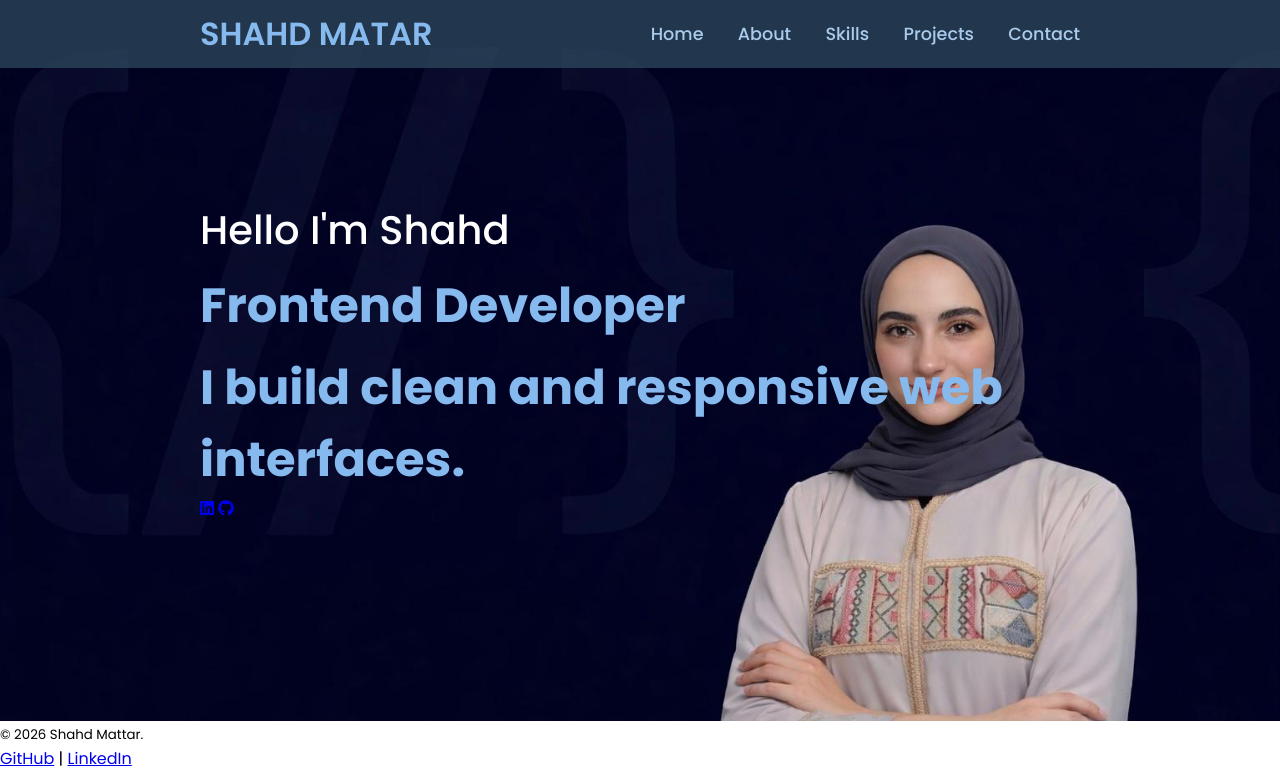
Repository: shahdmattar/personal-landing-page
Page: index.html
These files come from the project's save history. The page is drawn as it stood at one moment and after a run of saves; the edit follows.
The browser window is 1280 px wide. The pictures show the whole page.
Backgrounds fixed to the window are drawn as part of the page.

Above is the page before, as saved 2026-04-15 11:42:52.

### index.html
<!doctype html>
<html lang="en">
  <head>
    <meta charset="UTF-8" />
    <meta name="viewport" content="width=device-width, initial-scale=1.0" />
    <title>Shahd Matar | Personal Landing Page</title>
    <meta
      name="description"
      content="Personal landing page of Shahd Matar, Computer Engineering student and frontend learner."
    />
    <link
      rel="stylesheet"
      href="https://cdnjs.cloudflare.com/ajax/libs/font-awesome/6.0.0/css/all.min.css"
    />
    <link rel="stylesheet" href="style.css" />
    <!-- <link rel="stylesheet" href="test.css"> -->
  </head>

  <body>
    <header>
      <a href="#" class="logo">Shahd Matar</a>
      <nav class="navgation">
        <a href="#hero">Home</a>
        <a href="#about">About</a>
        <a href="#skills">Skills</a>
        <a href="#projects">Projects</a>
        <a href="#contact">Contact</a>
      </nav>
    </header>


      <section class="main">
        <div>
          <h2>Hello I'm Shahd<br> <span>Frontend Developer</span></h2>
          <h3>I build clean and responsive web interfaces.</h3>
          <div class="social-icons">
            <a href="https://www.linkedin.com/in/shahd-matar-957608368"><i class="fab fa-linkedin"></i></a>
            <a href="https://github.com/shahdmattar"><i class="fab fa-github"></i></a>
          </div>
        </div>
      </section>


    <!-- Footer -->
    <footer>
      <p><small> &copy; 2026 Shahd Mattar.</small></p>
      <p>
        <a
          href="https://github.com/shahdmattar"
          target="_blank"
          rel="noopener noreferrer"
          >GitHub</a
        >
        |
        <a
          href="https://www.linkedin.com/in/shahd-matar-957608368"
          target="_blank"
          rel="noopener noreferrer"
          >LinkedIn</a
        >
      </p>
    </footer>
  </body>
</html>

### style.css
@import url('https://fonts.googleapis.com/css2?family=Dancing+Script:wght@400..700&family=Poppins:ital,wght@0,100;0,200;0,300;0,400;0,500;0,600;0,700;0,800;0,900;1,100;1,200;1,300;1,400;1,500;1,600;1,700;1,800;1,900&display=swap');

* {
  font-family:"Poppins", sans-serif;
  margin: 0;
  padding: 0;
  box-sizing: border-box;
  scroll-behavior:smooth;
}

header{
  width:100%;
  background-color:rgba(49, 76, 97, 0.709);
  position:fixed;
  display:flex;
  justify-content: space-between;
  align-items:center;
  z-index: 999;
  padding:10px 200px;
}

.logo{
  text-decoration:none;
  text-transform:uppercase;
  color:#86b9ed;
  font-size:2rem;
  font-weight:600;
}

.navgation a{
  color:#abcbec;
  text-decoration:none;
  font-size:1.1rem;
  font-weight:500;
  padding-left:30px;
}

.navgation a:hover{
  color:#2e6fab;
  font-size:1.15rem;
  /* font-weight:600; */
}

section{
   padding:200px 200px;
}
.main{
  width:100%;
  min-height:100vh;
  display:flex;
  align-items:center;
  background:url(images/back.jpeg);
  background-repeat:no-repeat;
  background-size:cover;
  background-position:center;
  background-attachment: fixed;
}

.main h2{
  color:#fff;
  font-size:2.5rem;
  font-weight:500;
}

.main h2 span{
  display:inline-block;
  margin-top: 10px;
  color:#86b9ed;
  font-size:3rem;
  font-weight:700;
}

.main h3 {
  display:inline-block;
  margin-top: 10px;
  color:#86b9ed;
  font-size:3rem;
  font-weight:700;
}

After the next 3 saves:
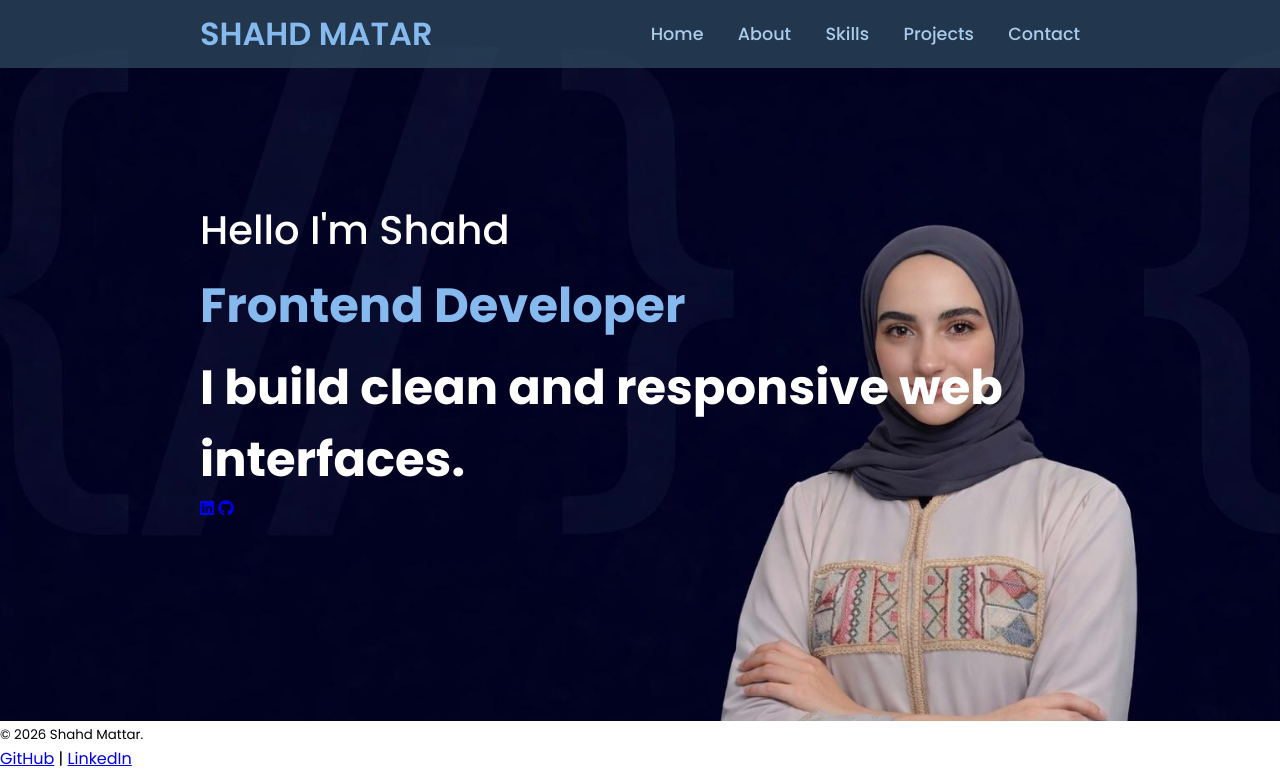
The 3 saves are shown as one change because they came seconds apart.
The last was saved 14 s later.
--- a/style.css
+++ b/style.css
@@ -73,7 +73,7 @@ section{
 .main h3 {
   display:inline-block;
   margin-top: 10px;
-  color:#86b9ed;
+  color:#fff;
   font-size:3rem;
   font-weight:700;
 }
